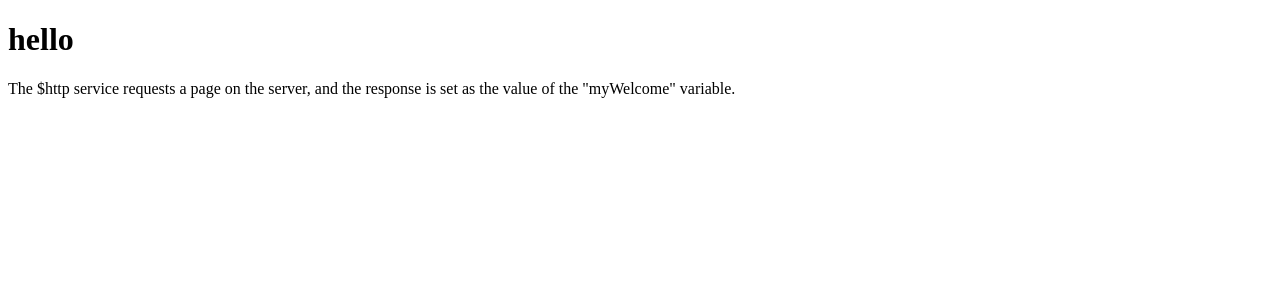
Repository: Sourabh33/ProjectThirdRepo
Page: http://localhost/Traning_Management/
The author's editor kept a copy of each file at every save. The page is drawn from the files as they stood at one save, then again after the next save.
The browser window is 1280 px wide. The pictures show the whole page.
Some web libraries are served in a nearby version. The page is served by Tomcat 9.

Above is the page before, as saved 2016-11-09 13:05:30.

After the next save:
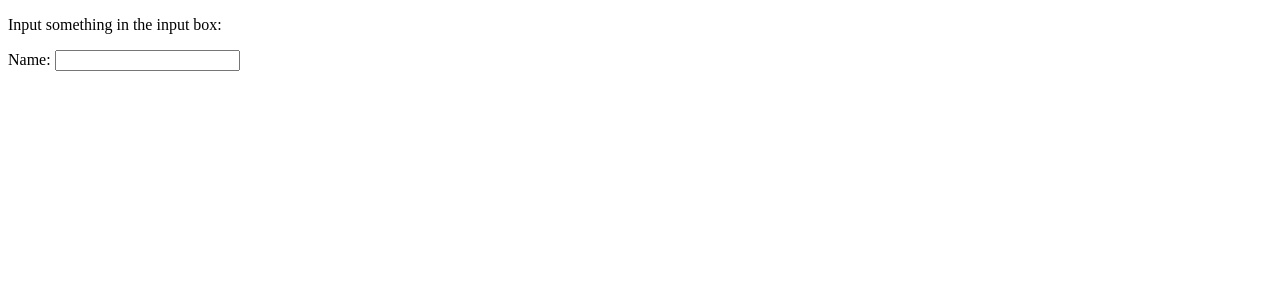
Saved 66 s later.
--- a/Training Management Project/Traning_Management/src/main/webapp/index.jsp
+++ b/Training Management Project/Traning_Management/src/main/webapp/index.jsp
@@ -3,30 +3,13 @@
 <script src="https://ajax.googleapis.com/ajax/libs/angularjs/1.4.8/angular.min.js"></script>
 <body>
 
-<div ng-app="myApp" ng-controller="myCtrl">
+<div ng-app="">
 
-
-<h1>{{msg}}</h1>
+<p>Input something in the input box:</p>
+<p>Name: <input type="text" ng-model="name"></p>
+<p ng-bind="name"></p>
 
 </div>
 
-<p>The $http service requests a page on the server, and the response is set as the value of the "myWelcome" variable.</p>
-
-<script>
-var app = angular.module('myApp', []);
-app.controller('myCtrl', function($scope, $http) {
-	$scope.msg="hello";
-/* 	$scope.user={adminId:null,adminEmailId:"",adminName:"",adminPassword:""};
-	$scope.myMethod=function(){
-		 $http.post("http://localhost:8808/TrainingManagementSystem/create/",$scope.user)
-		  .then(function(response) {
-		      $scope.myWelcome = response.data;
-		  });
-	} */
-
-
-});
-</script>
-
 </body>
 </html>
